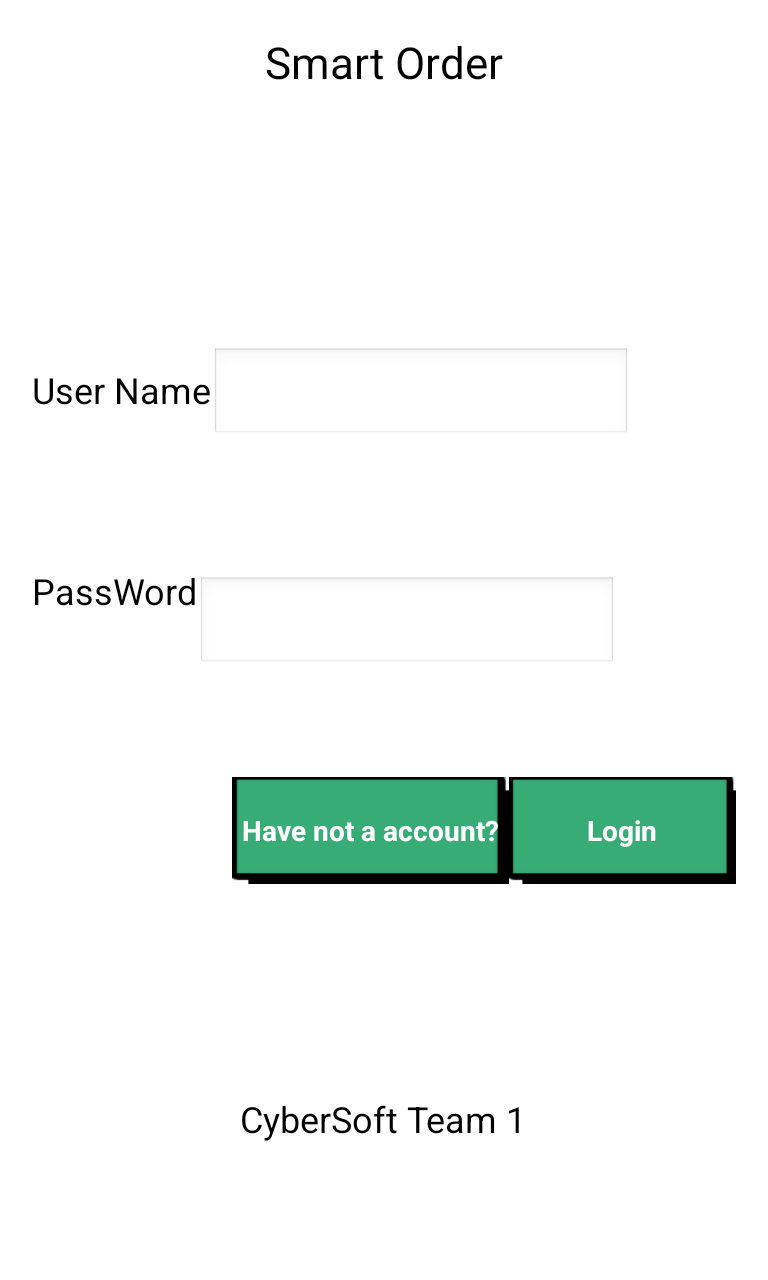
Repository: VanThi/Smart_Order
Layout: Project OS/Project_SO/res/layout/activity_login.xml
An editor plug-in stored every save of this project. The layout is shown before and after the next save, followed by the edit.
It is drawn on a 768 x 1280 px phone screen (xhdpi) without system bars, with theme android:Theme.Light.NoTitleBar.Fullscreen; the app's code is not run.

Above is the layout before, as saved 2013-11-09 10:40:50.

After the next save:
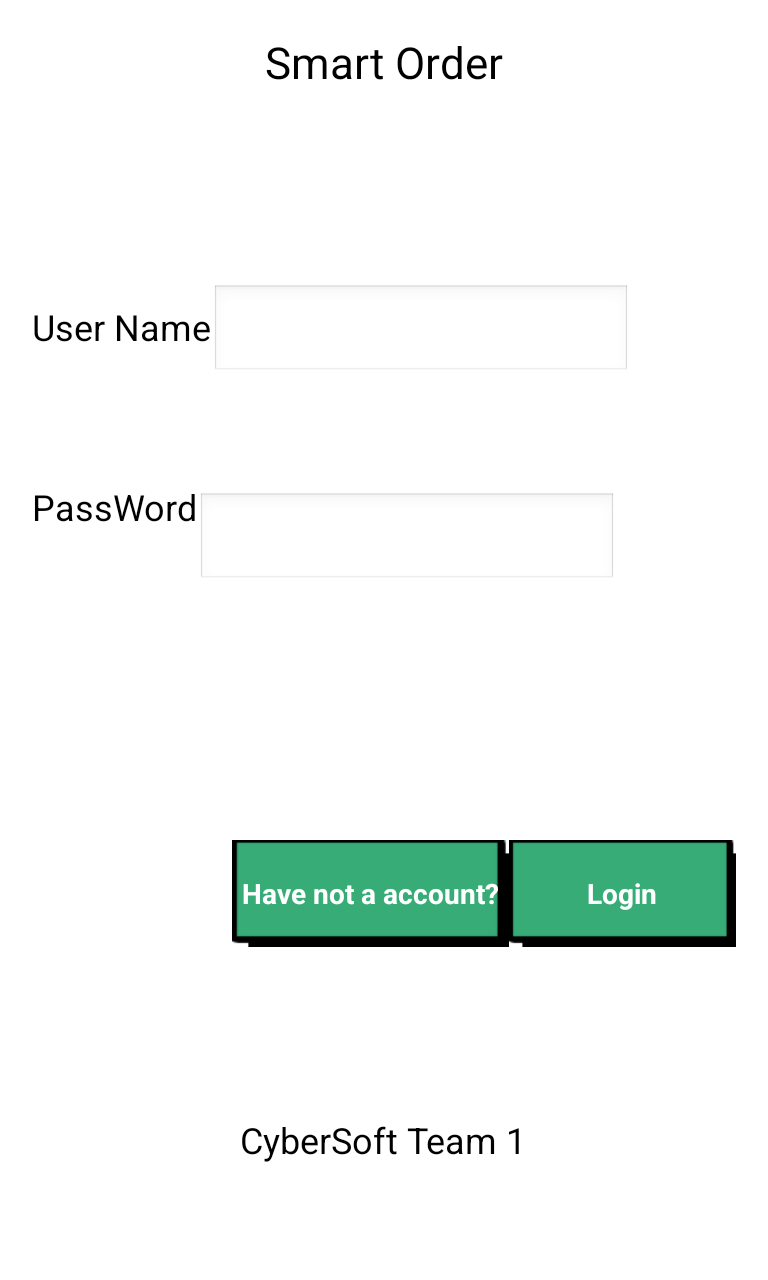
Saved 34 s later.
--- a/Project OS/Project_SO/res/layout/activity_login.xml
+++ b/Project OS/Project_SO/res/layout/activity_login.xml
@@ -43,7 +43,7 @@
     <LinearLayout
         android:layout_width="wrap_content"
         android:layout_height="wrap_content"
-        android:layout_weight="1"
+        android:layout_weight="3"
         android:orientation="horizontal" >
 
         <TextView
